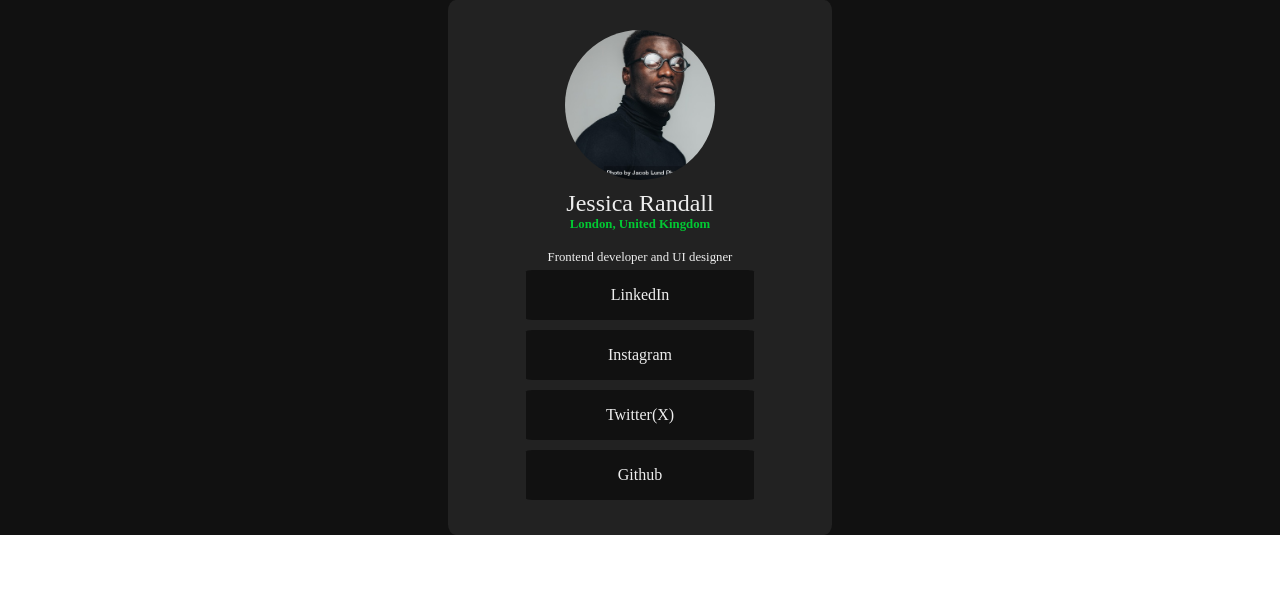
Repository: russel-success/Xcode-TASK-1
Page: index.html
An editor plug-in stored every save of this project. The page is shown before and after the next save, followed by the edit.
The browser window is 1280 px wide. The pictures show the whole page.

Above is the page before, as saved 2024-04-29 01:24:05.

After the next save:
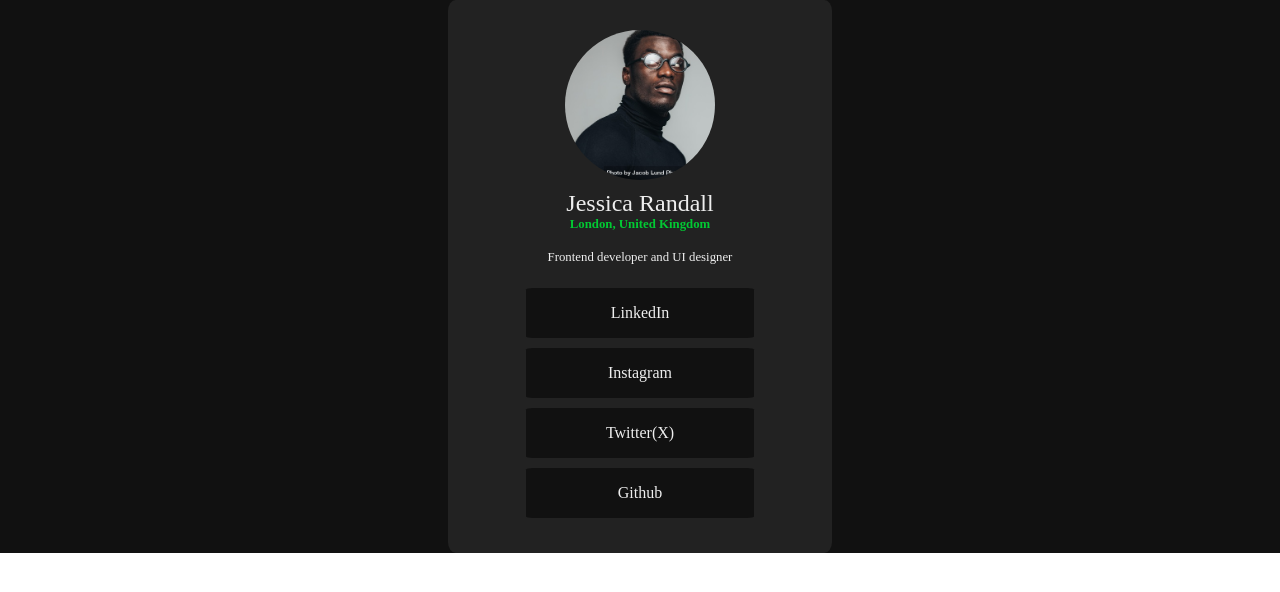
Saved 8 s later.
--- a/index.html
+++ b/index.html
@@ -12,7 +12,7 @@
            <img src="assets/np_Man staring away on gray background_0VPZY4_free.jpg" alt="" class="profile-image">
             <h1>Jessica Randall</h1>
             <h2>London, United Kingdom</h2><br>
-            <p>Frontend developer and UI designer</p>
+            <p>Frontend developer and UI designer</p><br>
             <div class="socials">
                 <text>LinkedIn</text>
             </div>
